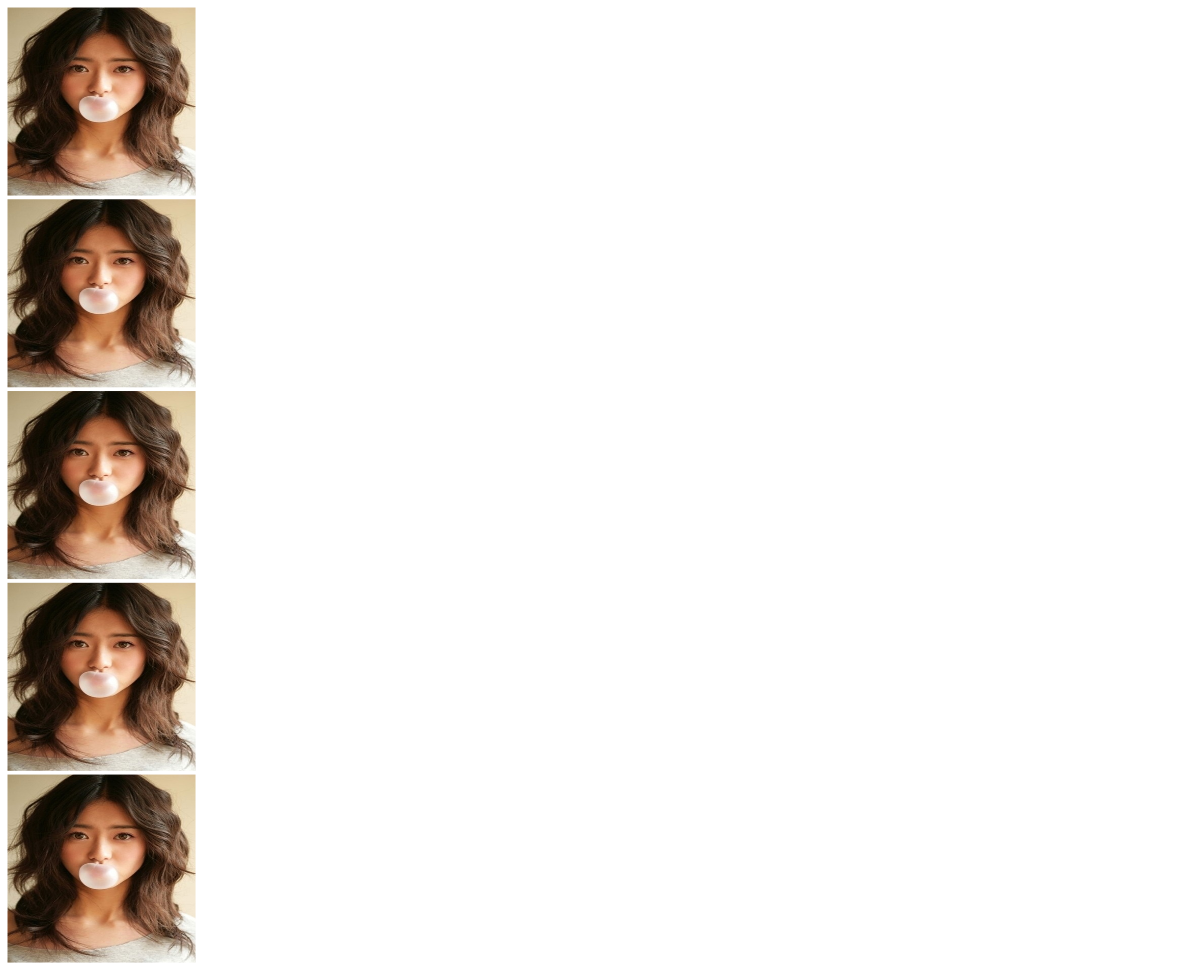
Repository: shouvoo/bitAcademy
Page: work/jsp/06_javascript/WebContent/09_jquery/05_event/test09.html
An editor plug-in stored every save of this project. The page is shown before and after the next save, followed by the edit.
The browser window is 1280 px wide. The pictures show the whole page, at 94% of full size.

Above is the page before, as saved 2017-11-27 02:06:18.

### work/jsp/06_javascript/WebContent/09_jquery/05_event/test09.html
<!DOCTYPE html>
<html>
<head>
	<meta charset="utf-8">
	<script src="../js/jquery-3.2.1.js"></script>
</head>
<body>
	<div id="imglist">
		<div>
			<img src="images/pic1.jpg" width="200" height="200" />
		</div>
		<div>
			<img src="images/pic1.jpg" width="200" height="200" />
		</div>
		<div>
			<img src="images/pic1.jpg" width="200" height="200" />
		</div>
		<div>
			<img src="images/pic1.jpg" width="200" height="200" />
		</div>
		<div>
			<img src="images/pic1.jpg" width="200" height="200" />
		</div>
	</div>
    <script>
		$(window).scroll(function(){
			console.log($(window).scrollTop(), $(window).height(), $(document).height())
		})
    </script>
</body>
</html>

Loaded but not shown: work/jsp/06_javascript/WebContent/09_jquery/js/jquery-3.2.1.js (library)

After the next save:
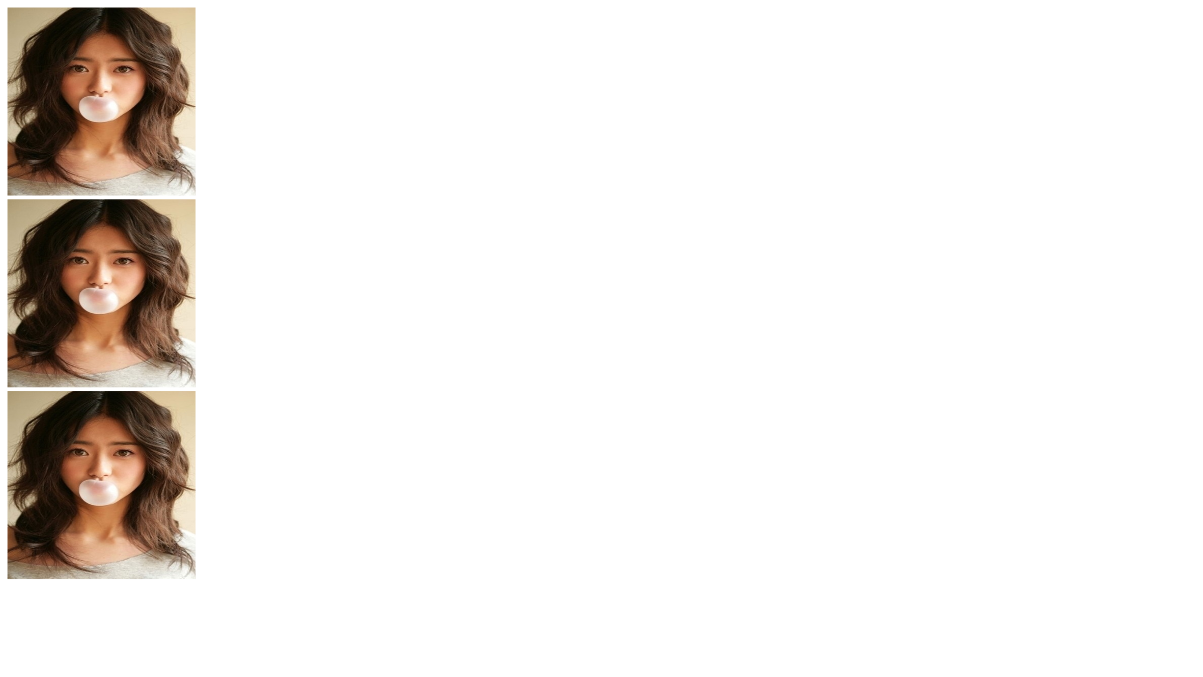
Saved 3 min 37 s later.
--- a/work/jsp/06_javascript/WebContent/09_jquery/05_event/test09.html
+++ b/work/jsp/06_javascript/WebContent/09_jquery/05_event/test09.html
@@ -15,12 +15,7 @@
 		<div>
 			<img src="images/pic1.jpg" width="200" height="200" />
 		</div>
-		<div>
-			<img src="images/pic1.jpg" width="200" height="200" />
-		</div>
-		<div>
-			<img src="images/pic1.jpg" width="200" height="200" />
-		</div>
+
 	</div>
     <script>
 		$(window).scroll(function(){

After the save that followed:
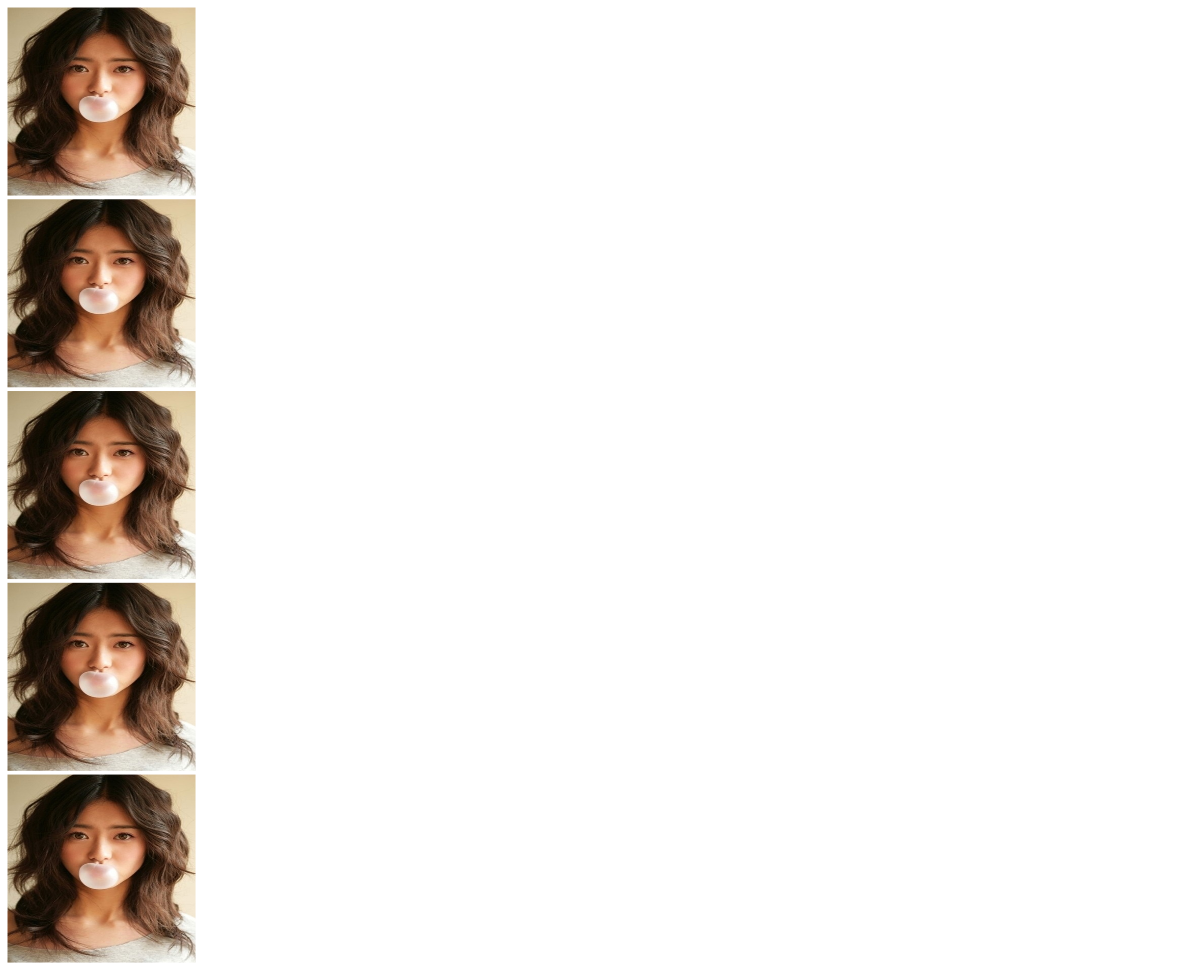
Saved 18 s later.
--- a/work/jsp/06_javascript/WebContent/09_jquery/05_event/test09.html
+++ b/work/jsp/06_javascript/WebContent/09_jquery/05_event/test09.html
@@ -15,7 +15,12 @@
 		<div>
 			<img src="images/pic1.jpg" width="200" height="200" />
 		</div>
-
+		<div>
+			<img src="images/pic1.jpg" width="200" height="200" />
+		</div>
+		<div>
+			<img src="images/pic1.jpg" width="200" height="200" />
+		</div>
 	</div>
     <script>
 		$(window).scroll(function(){
